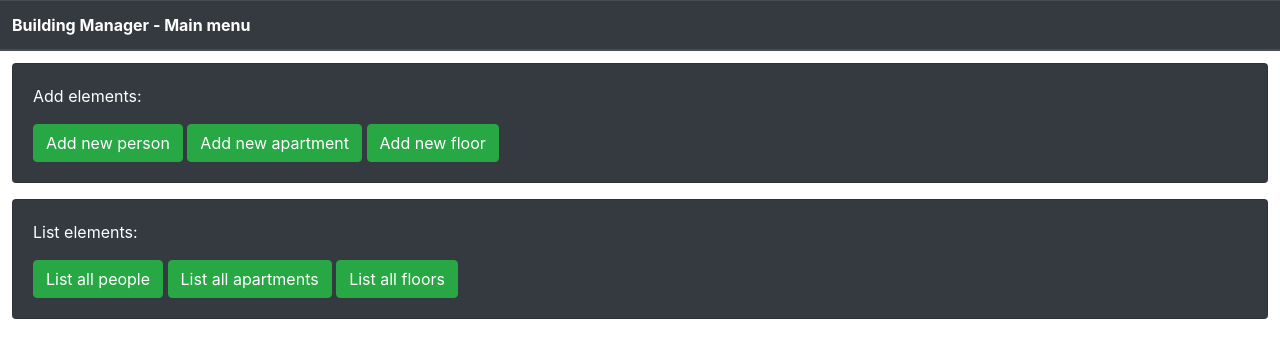
Repository: JMarJus/TalleresDUAL_2
Page: http://localhost/index
An editor plug-in stored every save of this project. The page is shown before and after the next save, followed by the edit.
The browser window is 1280 px wide. The pictures show the whole page.
The page is this project's Thymeleaf template; nobody is signed in. The template is opened directly, without the code that normally fills it, so the values that code supplies are empty.

Above is the page before, as saved 2023-12-26 00:26:23.
Console error: TypeError: Cannot read properties of undefined (reading 'fn')

After the next save:
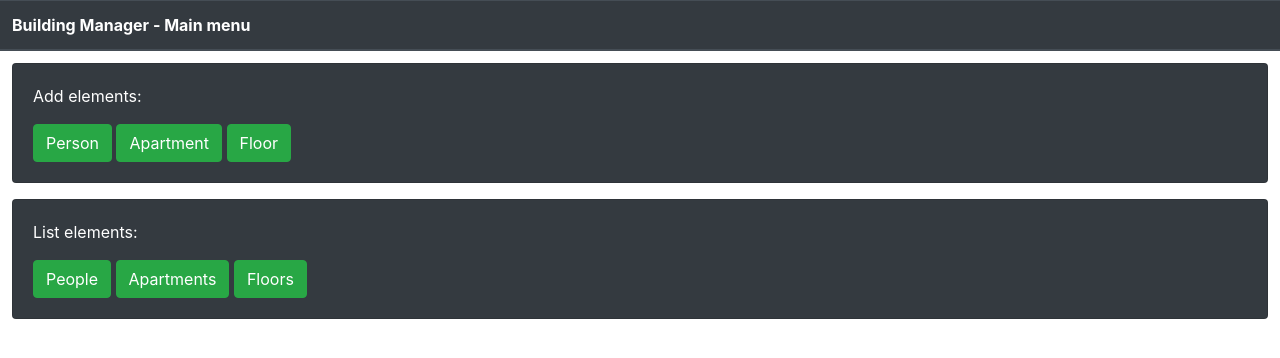
Saved 25 s later.
--- a/spring01/src/main/resources/templates/index.html
+++ b/spring01/src/main/resources/templates/index.html
@@ -21,17 +21,17 @@
 					<div class="card text-white bg-dark mb-3">
 		  				<div class="card-body">
 							<p>Add elements:</p>
-							<a th:href="@{/getAddPerson}" class="btn btn-success">Add new person</a>
-							<a th:href="@{/getAddApartment}" class="btn btn-success">Add new apartment</a>
-							<a th:href="@{/getAddFloor}" class="btn btn-success">Add new floor</a>
+							<a th:href="@{/getAddPerson}" class="btn btn-success">Person</a>
+							<a th:href="@{/getAddApartment}" class="btn btn-success">Apartment</a>
+							<a th:href="@{/getAddFloor}" class="btn btn-success">Floor</a>
 						</div>
 					</div>
 					<div class="card text-white bg-dark mb-3">
 		  				<div class="card-body">
 							<p>List elements:</p>
-							<a th:href="@{/getPeople}" class="btn btn-success">List all people</a>
-							<a th:href="@{/getApartments}" class="btn btn-success">List all apartments</a>
-							<a th:href="@{/getFloors}" class="btn btn-success">List all floors</a>
+							<a th:href="@{/getPeople}" class="btn btn-success">People</a>
+							<a th:href="@{/getApartments}" class="btn btn-success">Apartments</a>
+							<a th:href="@{/getFloors}" class="btn btn-success">Floors</a>
 						</div>
 					</div>
 				</td>

After the save that followed:
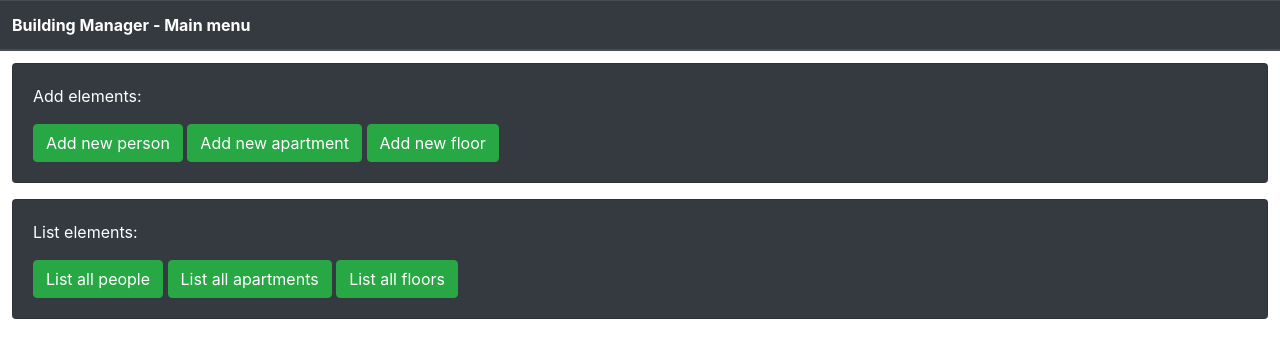
Saved 8 s later.
--- a/spring01/src/main/resources/templates/index.html
+++ b/spring01/src/main/resources/templates/index.html
@@ -21,17 +21,17 @@
 					<div class="card text-white bg-dark mb-3">
 		  				<div class="card-body">
 							<p>Add elements:</p>
-							<a th:href="@{/getAddPerson}" class="btn btn-success">Person</a>
-							<a th:href="@{/getAddApartment}" class="btn btn-success">Apartment</a>
-							<a th:href="@{/getAddFloor}" class="btn btn-success">Floor</a>
+							<a th:href="@{/getAddPerson}" class="btn btn-success">Add new person</a>
+							<a th:href="@{/getAddApartment}" class="btn btn-success">Add new apartment</a>
+							<a th:href="@{/getAddFloor}" class="btn btn-success">Add new floor</a>
 						</div>
 					</div>
 					<div class="card text-white bg-dark mb-3">
 		  				<div class="card-body">
 							<p>List elements:</p>
-							<a th:href="@{/getPeople}" class="btn btn-success">People</a>
-							<a th:href="@{/getApartments}" class="btn btn-success">Apartments</a>
-							<a th:href="@{/getFloors}" class="btn btn-success">Floors</a>
+							<a th:href="@{/getPeople}" class="btn btn-success">List all people</a>
+							<a th:href="@{/getApartments}" class="btn btn-success">List all apartments</a>
+							<a th:href="@{/getFloors}" class="btn btn-success">List all floors</a>
 						</div>
 					</div>
 				</td>
